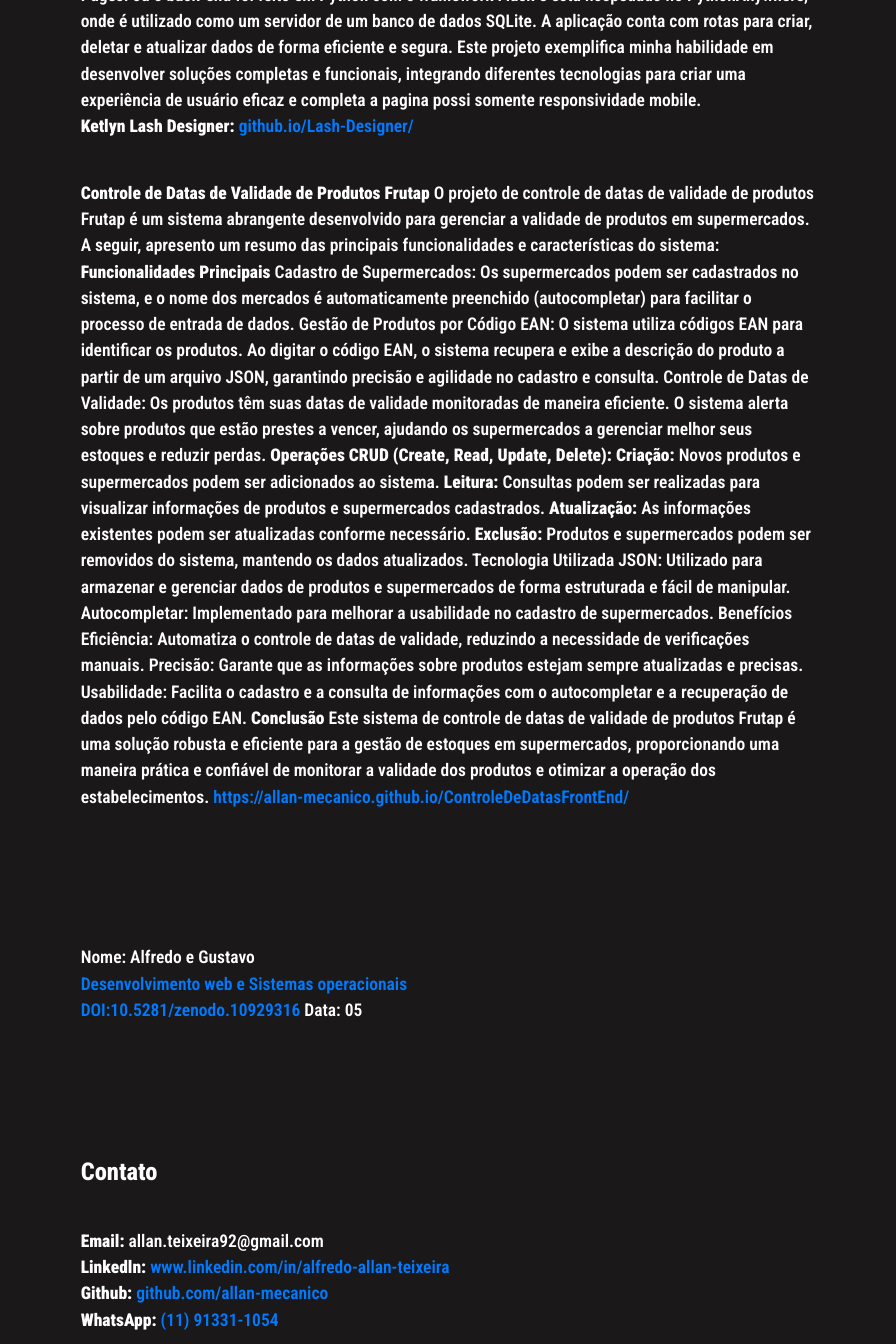
Repository: alfredo-allan/Portfolio
Page: index.html
These files come from the project's save history. The page is drawn as it stood at one moment and after a run of saves; the edit follows.
The browser window is 1280 px wide. The pictures show the part of the page from y = 2584 to 4504 px (the page is 4504 px tall), at 70% of full size.

Above is the page before, as saved 2024-05-26 19:36:41.

After the next 2 saves:
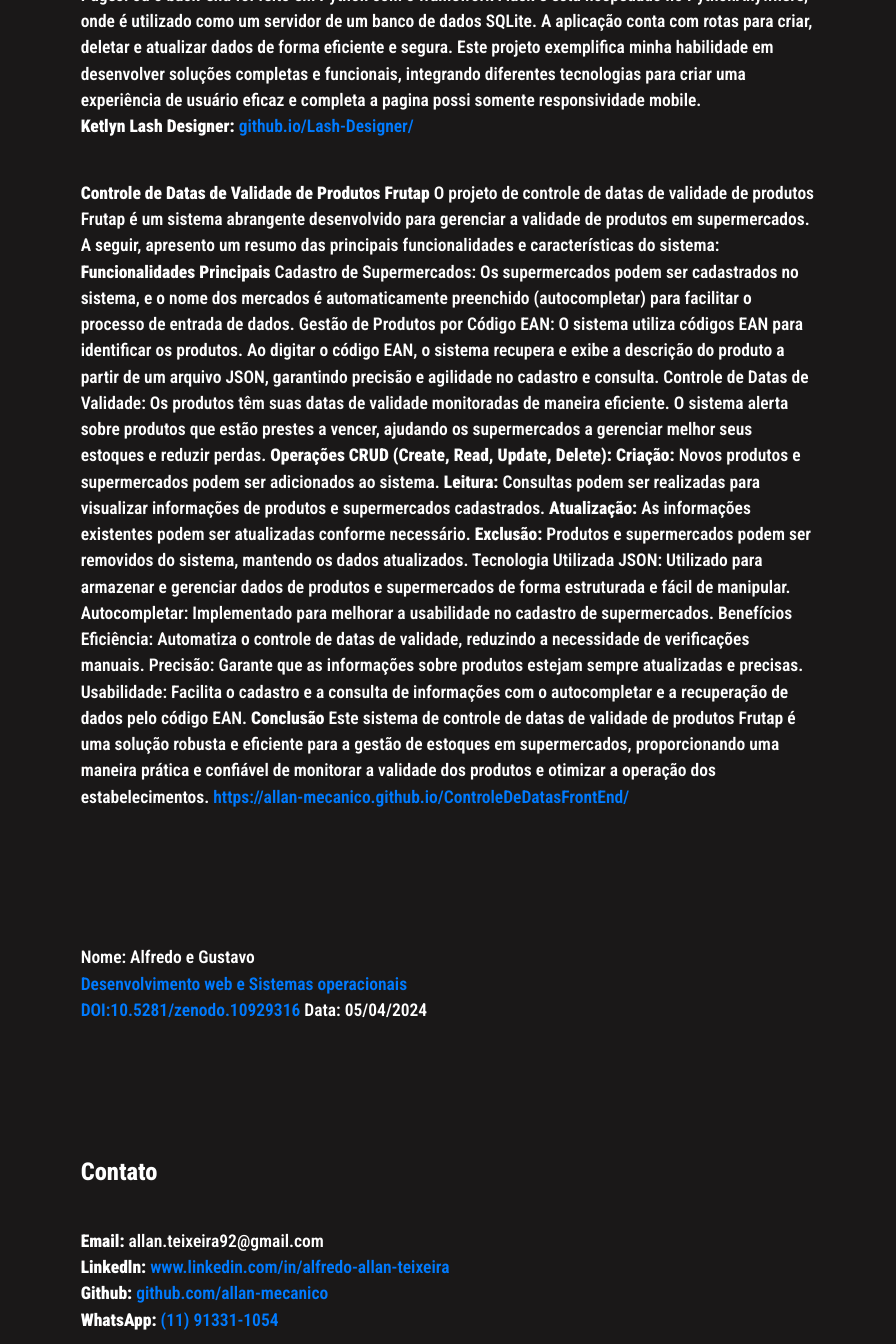
The 2 saves are shown as one change because they came seconds apart.
The last was saved 11 s later.
--- a/index.html
+++ b/index.html
@@ -157,7 +157,7 @@
           >Desenvolvimento web e Sistemas operacionais <br>
           DOI:10.5281/zenodo.10929316</a
         >
-        Data: 05
+        Data: 05/04/2024
       </p>
     </div>
     <div id="Contato">
